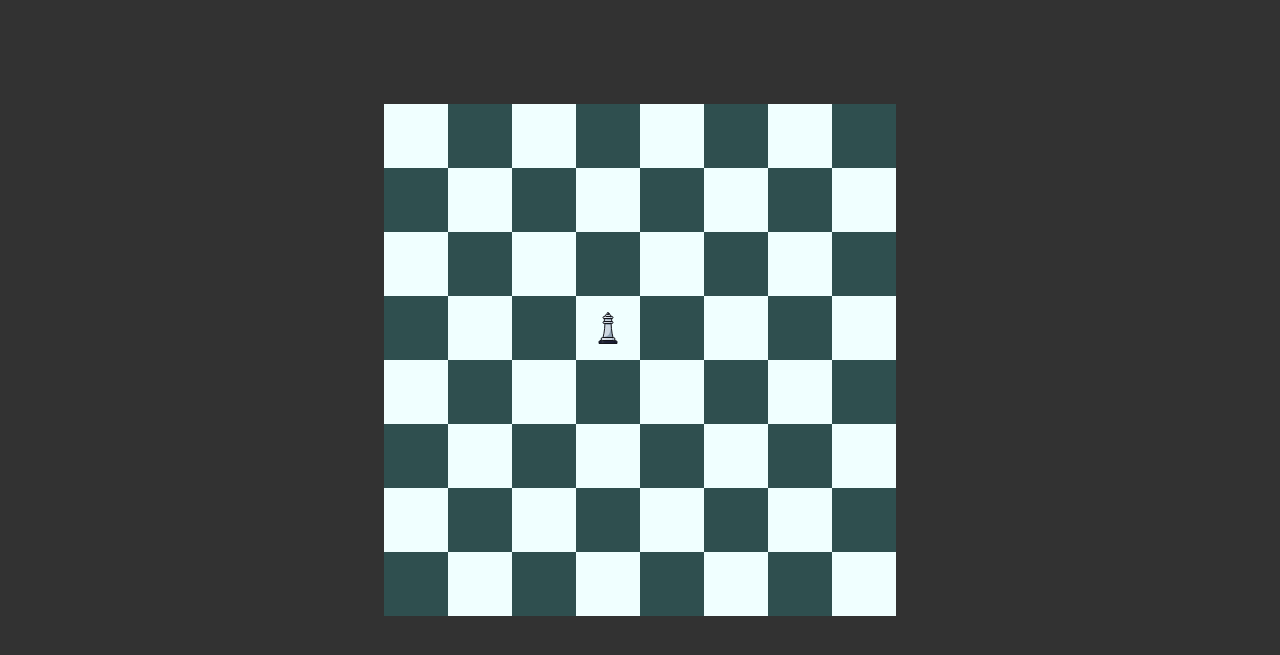
Repository: Mirsmog/react-chess
Page: /
These files come from the project's save history. The page is drawn as it stood at one moment and after the next save; the edit follows.
The browser window is 1280 px wide. The pictures show the whole page.
The project was rebuilt for these pictures with package versions that can differ from the ones it lists, and the page was loaded fresh each time. Also part of the build but not shown: vite.config.ts.

Above is the page before, as saved 2023-10-28 14:34:32.

### src/App.tsx
import BoardComponent from '@/components/BoardComponent';
import { Board } from './models/Board';
import React from 'react';

const App = () => {
  const [board, setBoard] = React.useState(new Board());

  React.useEffect(() => {
    restart();
  }, []);

  function restart() {
    const newBoard = new Board();
    newBoard.initCells();
    newBoard.addFigures()
    setBoard(newBoard);
  }
  return (
    <div className='app'>
      <BoardComponent board={board} setBoard={setBoard} />
    </div>
  );
};

export default App;

### src/index.css
:root {
  --sell-size: 64px;
}

* {
  margin: 0;
  padding: 0;
}

.app {
  background-color: #323232;
  width: 100vw;
  height: 100vh;
  display: flex;
  justify-content: center;
  align-items: center;
}

.board {
  display: flex;
  width: calc(var(--sell-size) * 8);
  height: calc(var(--sell-size) * 8);
  flex-wrap: wrap;
}

.cell {
  width: var(--sell-size);
  height: var(--sell-size);
  display: flex;
  justify-content: center;
  align-items: center;
}

.cell img{
  w64p
}

.black {
  background-color: darkslategrey;
}

.white {
  background-color: azure;
}

### src/components/BoardComponent.tsx
import { Board } from '@/models/Board';
import React from 'react';
import CellComponent from './CellComponent';

type Props = {
  board: Board;
  setBoard: (board: Board) => void;
};

const BoardComponent: React.FC<Props> = ({ board, setBoard }) => {
  return (
    <div className='board'>
      {board.cells.map((row, index) => (
        <React.Fragment key={index}>
          {row.map((cell) => (
            <CellComponent key={cell.id} cell={cell} />
          ))}
        </React.Fragment>
      ))}
    </div>
  );
};

export default BoardComponent;

### src/models/Board.ts
import { Cell } from './Cell';
import { Colors } from './Colors';
import { Queen } from './figures/Queen';

export class Board {
  cells: Cell[][] = [];

  public initCells() {
    for (let i = 0; i < 8; i++) {
      const row: Cell[] = [];
      for (let j = 0; j < 8; j++) {
        if ((i + j) % 2 !== 0) {
          row.push(new Cell(this, j, i, Colors.BLACK, null)); // black
        } else {
          row.push(new Cell(this, j, i, Colors.WHITE, null)); // white
        }
      }
      this.cells.push(row);
    }
  }
  public getCell(x: number, y: number) {
    return this.cells[y][x];
  }
  public addFigures() {
    new Queen(Colors.WHITE, this.getCell(3, 3))
  }
}

### src/components/CellComponent.tsx
import { Cell } from '@/models/Cell';
import React from 'react';

type Props = {
  cell: Cell;
};

const CellComponent: React.FC<Props> = ({ cell }) => {
  return (
    <div className={`cell ${cell.color}`}>
      {cell.figure?.logo && (
        <img src={cell.figure.logo} alt={cell.figure.logo} />
      )}
    </div>
  );
};

export default CellComponent;

### src/models/Cell.ts
import { Board } from './Board';
import { Colors } from './Colors';
import Figure from './figures/Figure';

export class Cell {
  readonly x: number;
  readonly y: number;
  readonly color: Colors;
  figure: Figure | null;
  board: Board;
  available: boolean;
  id: number;

  constructor(
    board: Board,
    x: number,
    y: number,
    color: Colors,
    figure: Figure | null
  ) {
    this.board = board;
    this.figure = figure;
    this.color = color;
    this.x = x;
    this.y = y;
    this.available = false;
    this.id = Math.random();
  }
}

### src/models/Colors.ts
export enum Colors {
  BLACK = 'black',
  WHITE = 'white',
}

### src/models/figures/Queen.ts
import { Cell } from '../Cell';
import { Colors } from '../Colors';
import { Figure, FigureName } from './Figure';
import queenBlack from '@/assets/queen-black.svg';
import queenWhite from '@/assets/queen-white.svg';
export class Queen extends Figure {
  constructor(color: Colors, cell: Cell) {
    super(color, cell);
    this.logo = color === Colors.BLACK ? queenBlack : queenWhite;
    this.name = FigureName.QUEEN
  }
}

### src/models/figures/Figure.ts
import { Cell } from '../Cell';
import { Colors } from '../Colors';
import logo from '@/assets/bishop-black.svg';

import queenBlack from '@/assets/queen-black.svg';
import bishopBlack from '@/assets/bishop-black.svg';
import rookBlack from '@/assets/rook-black.svg';
import knightBlack from '@/assets/knight-black.svg';
import pawnBlack from '@/assets/pawn-black.svg';

import queenWhite from '@/assets/queen-white.svg';
import bishopWhite from '@/assets/bishop-white.svg';
import rookWhite from '@/assets/rook-white.svg';
import knightWhite from '@/assets/knight-white.svg';
import pawnWhite from '@/assets/pawn-white.svg';

export enum FigureName {
  FIGURE = 'figure',
  KING = 'king',
  QUEEN = 'queen',
  ROOK = 'rook',
  BISHOP = 'bishop',
  PAWN = 'pawn',
  KNIGHT = 'knight',
}


export class Figure {
  color: Colors;
  logo: typeof logo | null;
  cell: Cell;
  name: FigureName;
  id: number;

  constructor(color: Colors, cell: Cell) {
    this.color = color;
    this.cell = cell;
    this.cell.figure = this;
    this.logo = null;
    this.name = FigureName.FIGURE;
    this.id = Math.random();
  }

  canMove(target: Cell): boolean {
    return true;
  }
  moveFigure(target: Cell) {}
}

Loaded but not shown: index.html (common file); src/main.tsx (common file)

After the next save:
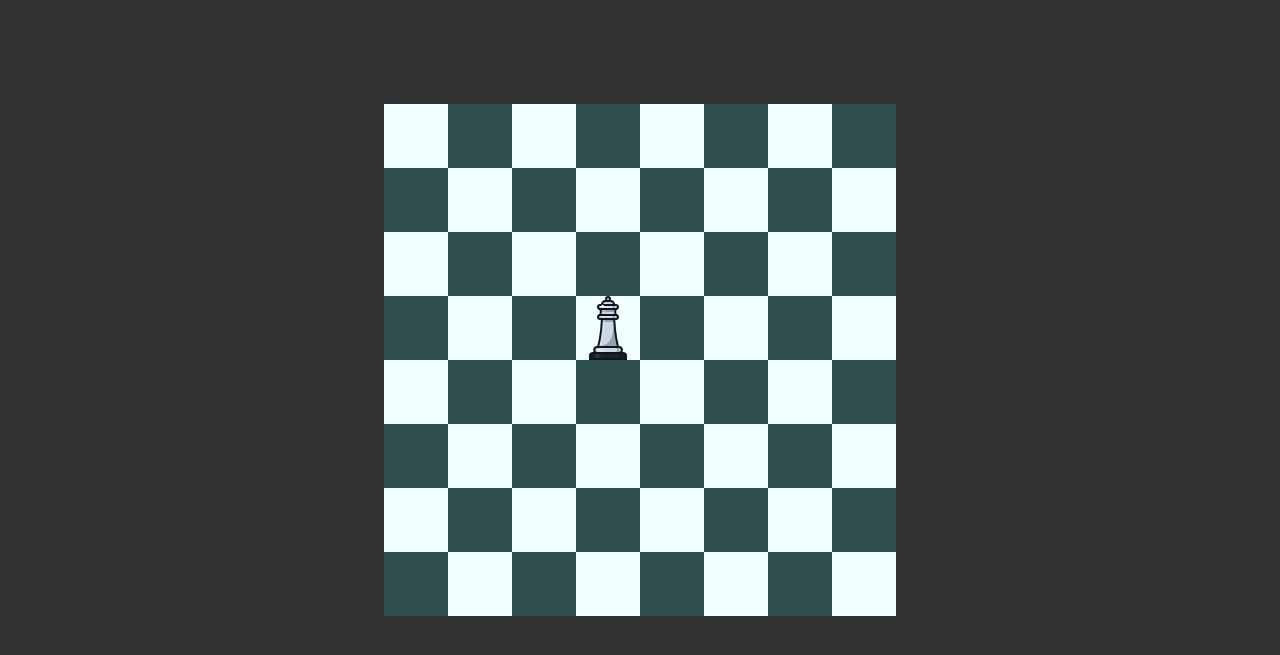
Saved 7 s later.
--- a/src/index.css
+++ b/src/index.css
@@ -32,7 +32,8 @@
 }
 
 .cell img{
-  w64p
+  width: 64px;
+  height: 64px;
 }
 
 .black {

After the save that followed:
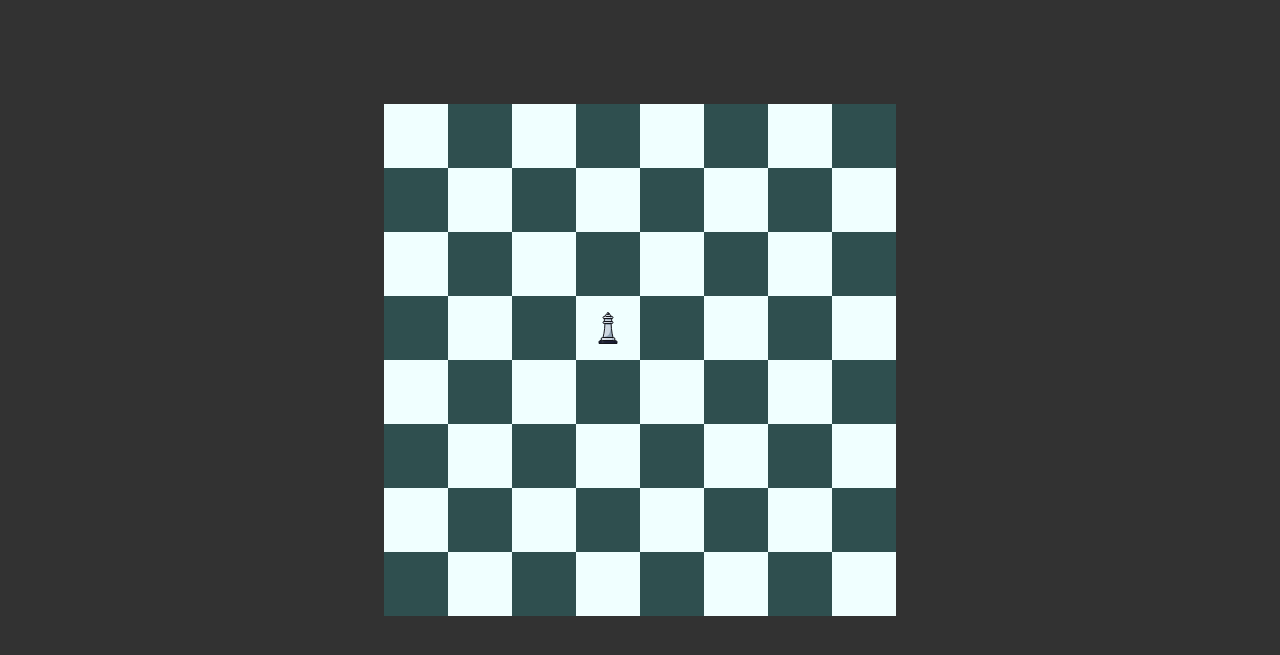
Saved 9 s later.
--- a/src/index.css
+++ b/src/index.css
@@ -32,8 +32,8 @@
 }
 
 .cell img{
-  width: 64px;
-  height: 64px;
+  width: 32px;
+  height: 32px;
 }
 
 .black {
